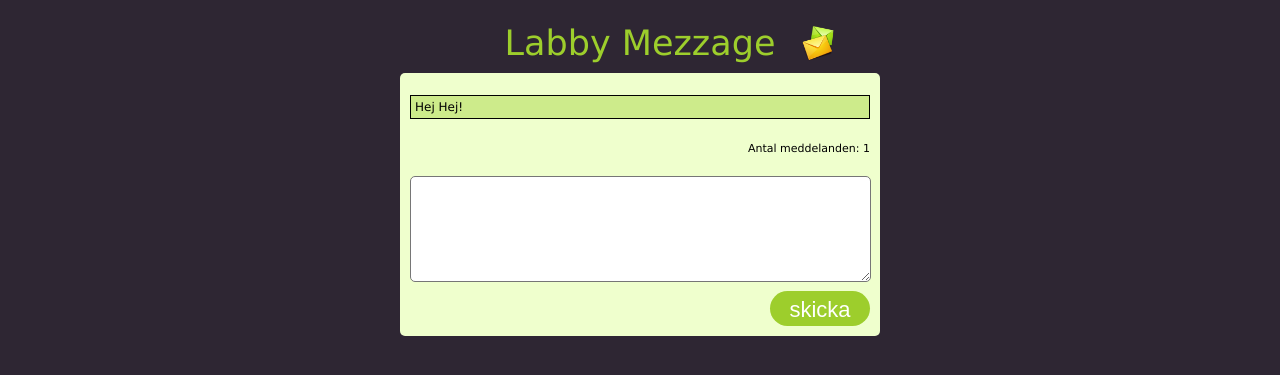
Repository: ad222kr/1dv403-laborationer
Page: 2-labbymezzage/index.html
The author's editor kept a record of every edit. The page is drawn from the files as they stood at one moment, then again after the next edit.
The browser window is 1280 px wide. The pictures show the whole page.

Above is the page before.

### 2-labbymezzage/index.html
<!DOCTYPE HTML>
<html lang="sv">
    <head>
        <meta charset="UTF-8" />
        <title>Laboration 2 - Labby Mezzage!</title>
        <link rel="stylesheet" href="css/style.css" />
        <script src="js/Message.js"></script>
        <script src="js/MessageBoard.js"></script>

    </head>

    <body>
        <div id ="container">
            <header><h1>Labby Mezzage</h1></header>
            <div id="content">
                <div id="messages"><p class="message">Hej Hej!</p></div>

                <div id="numberofmess"><p>Antal meddelanden: 1</p></div>
                <form id="form">
                    <textarea id="textarea" name="textarea"></textarea>
                <button id="button" type="button">skicka</button>
                </form>





            </div>
        </div>

    </body>
</html>

### 2-labbymezzage/css/style.css
body{
    background-color: #2E2633; /* Ändra sen */
    font-family: Verdana, Helvetica;

}

h1{

    color:#9dce2c;
    font-size: 35px;
    font-weight: normal;
}
p{
    color: black;
}

header{
    background-image: url("pics/logo.png");
    background-size: 35px 35px;
    background-repeat: no-repeat;
    background-position: 90%;
    text-align: center;
    height: 40px;
    line-height: 40px;
    margin-bottom:10px;
}

#container{
    width: 480px;
    margin: 0px auto;
}

#content{
    background: #EFFFCD;
    border-color: #000000;
    padding: 10px;
    border-radius: 5px;
    -webkit-border-radius: 5px;
    -moz-border-radius: 5px;


}

#content textarea{
    width: 455px;
    height: 100px;
    -webkit-border-radius: 5px;
    -moz-border-radius: 5px;
    border-radius: 5px;
    margin-top:20px;
}

#button{
    border: 0px;
	background-color:#9dce2c;
	-webkit-border-top-left-radius:42px;
	-moz-border-radius-topleft:42px;
	border-top-left-radius:42px;
	-webkit-border-top-right-radius:42px;
	-moz-border-radius-topright:42px;
	border-top-right-radius:42px;
	-webkit-border-bottom-right-radius:42px;
	-moz-border-radius-bottomright:42px;
	border-bottom-right-radius:42px;
	-webkit-border-bottom-left-radius:42px;
	-moz-border-radius-bottomleft:42px;
	border-bottom-left-radius:42px;
	display:inline-block;
	color:#ffffff;
	font-size:22px;
	font-weight:normal;
	font-style:normal;
	height:35px;
	line-height:35px;
	width:100px;
	text-decoration:none;
	text-align:center;
	margin-left: 360px;
	margin-top: 5px;
}

#button:hover{
    background:-webkit-gradient( linear, left top, left bottom, color-stop(0.05, #8cb82b), color-stop(1, #9dce2c) );
	background:-moz-linear-gradient( center top, #8cb82b 5%, #9dce2c 100% );
	background-color:#8cb82b;
}

#button:active{
    position: relative;
    top: 1px;
}

#numberofmess{
    color: black;
    font-size: 11px;
    float: right;
    margin-bottom: -10px;
}

.message{
    font-size: 12px;
    border: solid 1px;
    background: #cdeb8b;
    padding: 4px;
}

### 2-labbymezzage/js/Message.js
"use strict";
function Message(message, date){


    this.getText = function(){
        return message;
    };
    this.setText = function(_text){
        message = _text;
    };
    this.getDate = function(){
        return date;
    };
    this.setDate = function(_date){
        date = _date;
    };
}

Message.prototype.getDateText = function(){
    // Hittade på http://stackoverflow.com/a/3067896

    var date = this.getDate();
    var year = date.getFullYear().toString();
    var month = (date.getMonth()+1).toString();
    var day  = date.getDate().toString();
    var dateText = year + "-" + (month.length === 2  ? month : "0" + month[0]) + "-" +(day.length === 2 ? day : "0" + day[0]);
    return dateText;

};
Message.prototype.toString = function(){
    return this.getText() +" (" + this.getDate() + " )";
};
Message.prototype.getHTMLtext = function(){
    var htmlText = this.getText();
    return htmlText.replace(/\n/g, "<br />");
};

### 2-labbymezzage/js/MessageBoard.js
"use strict";
var MessageBoard = {


    messages: [],

    init: function(){

        var button = document.getElementById("button");



        button.addEventListener("click", MessageBoard.createMessage, false);
        button.addEventListener("click", MessageBoard.messageCount, false);

    },

    messageCount: function(){

        var count = MessageBoard.messages.length;
        var div = document.getElementById("numberofmess");
        div.innerHTML = "";
        var text = document.createElement("p");
        text.innerHTML = "Antal meddelanden: " + count;
        div.appendChild(text);

    },

    createMessage: function(){

        var input = document.getElementById("textarea").value;
        var mess = new Message(input, new Date());
        MessageBoard.messages.push(mess);
        MessageBoard.renderMessage(MessageBoard.messages.length - 1);

        document.getElementById("form").reset();
        return false;
    },

    renderMessage: function(messageID){
        // Sätter ref till #messages, skapar p-tag och sätter klass till .message
        var div = document.getElementById("messages");
        var messageDiv = document.createElement("div");
        var text = document.createElement("p");
        var time = document.createElement("p");
        messageDiv.id = "message";
        text.className = "msgtext";
        time.className = "timestamp";
        div.appendChild(messageDiv);
        messageDiv.appendChild(text);
        messageDiv.appendChild(time);


        //Skickar in meddelandet till dokumentet
        text.innerHTML = MessageBoard.messages[messageID].getHTMLtext();
        time.innerHTML = MessageBoard.messages[messageID].getDateText();

    },

    renderMessages: function(){
        // Resettar och skriver ut alla meddelanden
        document.getElementById("messages").innerHTML ="";
        for(var i = 0; i < MessageBoard.messages.length; i++){
            MessageBoard.renderMessage(i);
        }
    }
};

window.onload = MessageBoard.init;

After the next edit:
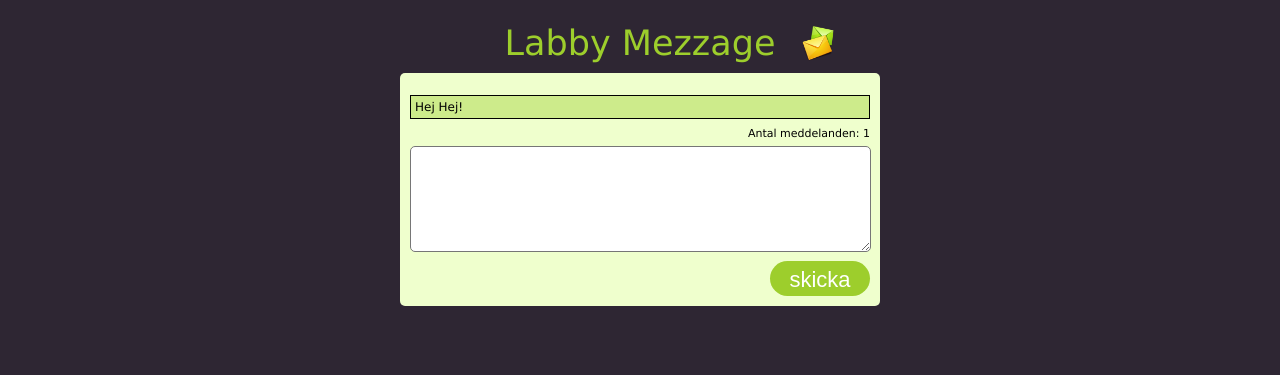
The edit:
--- a/2-labbymezzage/css/style.css
+++ b/2-labbymezzage/css/style.css
@@ -94,7 +94,11 @@
     color: black;
     font-size: 11px;
     float: right;
-    margin-bottom: -10px;
+    margin-bottom: -25px;
+}
+
+#messages{
+    margin-bottom: -15px;
 }
 
 .message{
